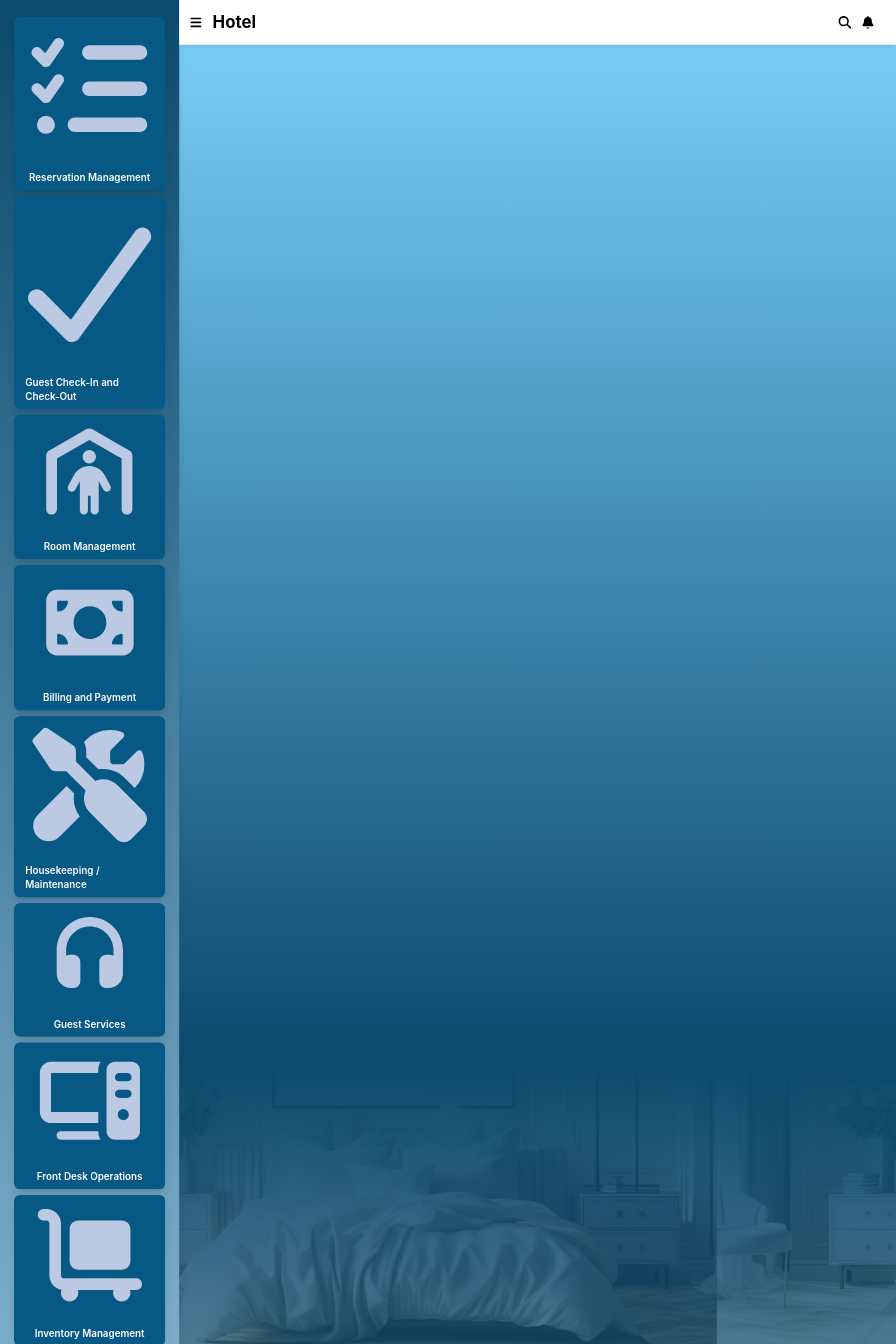
Repository: musabismael/Hotel
Page: /
An editor plug-in stored every save of this project. The page is shown before and after a run of saves, followed by the edit.
The browser window is 1280 px wide. The pictures show the part of the page from y = 0 to 1920 px (the page is 3016 px tall), at 70% of full size.
The project was rebuilt for these pictures with package versions that can differ from the ones it lists, and the page was loaded fresh each time. Also part of the build but not shown: vite.config.js, src/App.css, src/pages/ReservationManagement.jsx, src/pages/GuestCheckInOut.jsx, src/pages/RoomManagement.jsx, src/pages/BillingPayment.jsx, src/pages/HousekeepingMaintenance.jsx, src/pages/GuestServices.jsx and 6 more.

Above is the page before, as saved 2023-10-01 19:16:40.

### index.html
<!doctype html>
<html lang="en">
  <head>
    <meta charset="UTF-8" />
    <link rel="icon" type="image/svg+xml" href="/vite.svg" />
    <meta name="viewport" content="width=device-width, initial-scale=1.0" />
    <title>Hotel</title>
  </head>
  <body>
    <div id="root"></div>
    <script type="module" src="/src/main.jsx"></script>
  </body>
</html>

### src/App.jsx
import "./App.css";
import { createBrowserRouter } from "react-router-dom";
import { RouterProvider } from "react-router";
import LandingPageLayout from "./layouts/LandingPageLayout";
import ReservationManagement from "./pages/ReservationManagement";
import GuestCheckInOut from "./pages/GuestCheckInOut";
import RoomManagement from "./pages/RoomManagement";
import BillingPayment from "./pages/BillingPayment";
import HousekeepingMaintenance from "./pages/HousekeepingMaintenance";
import GuestServices from "./pages/GuestServices";
import FrontDeskOperations from "./pages/FrontDeskOperations";
import InventoryManagement from "./pages/InventoryManagement";
import ReportingAnalytics from "./pages/ReportingAnalytics";
import SecurityAccessControl from "./pages/SecurityAccessControl";
import PointOfSale from "./pages/PointOfSale";
import CRM from "./pages/CRM"; // Import the CRM component
const router = createBrowserRouter([
  {
    path: "/",
    element: <LandingPageLayout />,
    children: [
      {
        path: "/reservation_management",
        element: <ReservationManagement />,
      },
      {
        path: "/guestCheckInOut",
        element: <GuestCheckInOut />,
      },
      {
        path: "/billing_and_payment",
        element: <BillingPayment />,
      },
      {
        path: "/room_management",
        element: <RoomManagement />,
      },
      {
        path: "/housekeeping_maintenance",
        element: <HousekeepingMaintenance />,
      },
      {
        path: "/guest_services",
        element: <GuestServices />,
      }, {
        path: "/desk_operations",
        element: <FrontDeskOperations />,
      }, {
        path: "/security_control",
        element: <SecurityAccessControl />,
      },
      {
        path: "/reporting_and_analytics",
        element: <ReportingAnalytics />,
      }, {
        path: "/inventory_management",
        element: <InventoryManagement />,
      },
      {
        path: "/pos",
        element: <PointOfSale />,
      },
      {
        path: "/crm",
        element: <CRM />,
      },
    ],
  },
]);

const App = () => <RouterProvider router={router} />;
export default App;

### src/index.css
@tailwind base;
@tailwind components;
@tailwind utilities;

:root {
  font-family: Inter, system-ui, Avenir, Helvetica, Arial, sans-serif;
  line-height: 1.5;
  font-weight: 400;
  background-image: url("cover.jpeg"), url("cover.jpeg");
  background-color:#397398;

  font-synthesis: none;
  text-rendering: optimizeLegibility;
  -webkit-font-smoothing: antialiased;
  -moz-osx-font-smoothing: grayscale;
  -webkit-text-size-adjust: 100%;
}

### src/layouts/LandingPageLayout.jsx
import { Outlet } from "react-router";
import Header from "../component/Header";
import Sidebar from "../component/Sidebar";
const LandingPageLayout = () => {
  return (
    <div className="flex bg-gradient-to-b from-sky-300 via-sky-900">
      <Sidebar />

      <div className="flex-1">
        <Header />
        <main className="p-4">
          <Outlet />
        </main>
      </div>
    </div>
  );
};

export default LandingPageLayout;

### src/component/Header.jsx
import { FontAwesomeIcon } from "@fortawesome/react-fontawesome";
import { faBars, faBell, faSearch } from "@fortawesome/free-solid-svg-icons";

function Header() {
  return (
    <header className="bg-white shadow-md p-4 flex justify-between items-center sticky top-0 w-full  ">
      <div className="flex items-center">
        <FontAwesomeIcon
          icon={faBars}
          className="text-black mr-4 text-lg color"
        />
        <h1 className="text-2xl font-bold text-black">Hotel</h1>
      </div>
      <div className="flex items-center">
        <FontAwesomeIcon icon={faSearch} className="text-black text-lg mr-4" />
        <FontAwesomeIcon icon={faBell} className="text-black text-lg mr-4" />

        {/* Add other icons or elements on the right side here */}
      </div>
    </header>
  );
}

export default Header;

### src/component/Sidebar.jsx
import Card from "./Card";
import {
  faPersonShelter,
  faListCheck,
  faCheck,
  faMoneyBill,
  faScrewdriverWrench,
  faHeadphones,
  faComputer,
  faCartFlatbed,
  faPersonMilitaryPointing,
  faChartBar,
  faKey,
  faBookmark,
} from "@fortawesome/free-solid-svg-icons";

const Sidebar = () => {
  const cardData = [
    {
      id: 1,
      title: "Reservation Management",
      description:
        "Online booking, availability calendar, and booking modification.",
      icon: faListCheck,
      link: "/reservation_management",
    },
    {
      id: 2,
      title: "Guest Check-In and Check-Out",
      description: "Guest registration, check-out, and key card issuance.",
      icon: faCheck,
      link: "/GuestCheckInOut",
    },
    {
      id: 3,
      title: "Room Management",
      description: "Room assignment, status updates, and inventory tracking.",
      icon: faPersonShelter,
      link: "/room_Management",
    },
    {
      id: 4,
      title: "Billing and Payment",
      description: "Invoicing, payment processing, and split billing.",
      icon: faMoneyBill,
      link: "/billing_and_payment",
    },
    {
      id: 5,
      title: "Housekeeping / Maintenance",
      description:
        "Housekeeping schedule, maintenance requests, and inventory management.",
      icon: faScrewdriverWrench,
      link: "/housekeeping_maintenance",
    },
    {
      id: 6,
      title: "Guest Services",
      description:
        "Concierge services, room service, wake-up calls, and laundry services.",
      icon: faHeadphones,
      link: "/guest_services",
    },
    {
      id: 7,
      title: "Front Desk Operations",
      description: "Guest inquiries, check-in/out, and guest profile access.",
      icon: faComputer,
      link: "/desk_operations",
    },
    {
      id: 8,
      title: "Inventory Management",
      description: "Managing hotel supplies and amenities.",
      icon: faCartFlatbed,
      link: "/inventory_management",
    },
    {
      id: 9,
      title: "Reporting and Analytics",
      description: "Generate reports on occupancy, revenue, and key metrics.",
      icon: faChartBar,
      link: "/reporting_and_analytics",
    },

    {
      id: 10,
      title: "Security and Access Control",
      description: "Surveillance camera integration and access control.",
      icon: faKey,
      link: "/security_control",
    },
    {
      id: 11,
      title: "Point of Sale (POS)",
      description:
        "Integration with on-site restaurants, bars, and gift shops.",
      icon: faBookmark,
      link: "/pos",
    },

    {
      id: 12,
      title: "Customer Relationship Management (CRM)",
      description: "Guest profiles, preferences, and loyalty programs.",
      icon: faPersonMilitaryPointing,
      link: "/crm",
    },

    // Add more service/feature objects here
  ];

  const handleCardClick = (id) => {
    console.log(`Card with ID ${id} clicked`);
  };
  return (
    <aside className="p-4 w-1/5 min-h-screen overflow-y-auto bg-gradient-to-b from-sky-900 to-sky-200 shadow-lg">
      <nav>
        {cardData.map((card) => (
          <Card
            key={card.id}
            link={card.link}
            icon={card.icon}
            title={card.title}
            onClick={() => handleCardClick(card.id)}
          />
        ))}
      </nav>
    </aside>
  );
};

export default Sidebar;

### src/component/Card.jsx
import { Link } from "react-router-dom";
import { FontAwesomeIcon } from "@fortawesome/react-fontawesome";
function Card({ link, icon, title, onClick }) {
  return (
    <div
      className="max-w-sm  mx-1 my-2 cursor-pointer shadow-lg rounded-lg overflow-hidden hover:shadow-xl transition duration-300 transform hover:scale-105"
      onClick={onClick}
    >
      <div className="bg-sky-800 rounded-lg overflow-hidden shadow-lg flex flex-col items-center justify-center">
        <Link to={link} className="text-blue-600 hover:text-blue-800">
          <FontAwesomeIcon
            icon={icon}
            size="2xs"
            className=" w-auto p-5 h-auto object-cover"
            style={{ color: "#bbc9e2" }}
          />

          <div className="px-4 py-2 items-center">
            <h3 className=" text-white text-sm  flex flex-col text-ellipsis items-center font-semibold">
              {title}
            </h3>
            {/* Add more content or description here if needed */}
          </div>
        </Link>
      </div>
    </div>
  );
}

export default Card;

### tailwind.config.js
/** @type {import('tailwindcss').Config} */
export default {
  content: [
    "./index.html",
    "./src/**/*.{js,ts,jsx,tsx}",
  ],
  theme: {
    extend: {
      fontFamily: {
        'custom': ['CustomFont', 'sans'],
      },
      textColor: {
        'custom': '#333333', // Custom text color
      },
    },
  },
  plugins: [],
}

Loaded but not shown: src/main.jsx (common file)

After the next 2 saves:
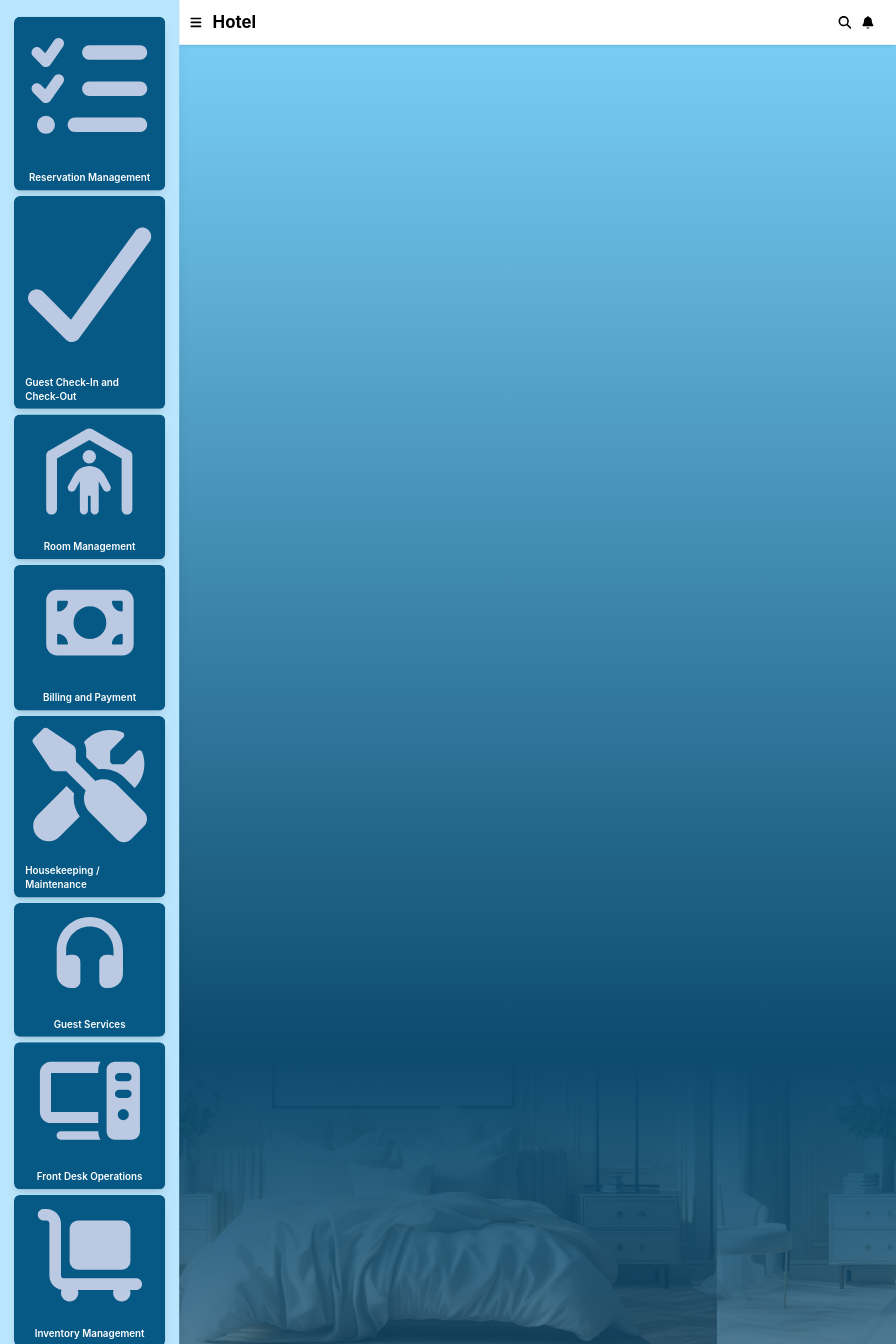
The 2 saves are shown as one change because they came seconds apart.
The last was saved 7 s later.
--- a/src/component/Sidebar.jsx
+++ b/src/component/Sidebar.jsx
@@ -114,7 +114,7 @@ const Sidebar = () => {
     console.log(`Card with ID ${id} clicked`);
   };
   return (
-    <aside className="p-4 w-1/5 min-h-screen overflow-y-auto bg-gradient-to-b from-sky-900 to-sky-200 shadow-lg">
+    <aside className="p-4 w-1/5 min-h-screen overflow-y-auto bg-gradient-to-b from-sky-200 to-sky-200 shadow-lg">
       <nav>
         {cardData.map((card) => (
           <Card
